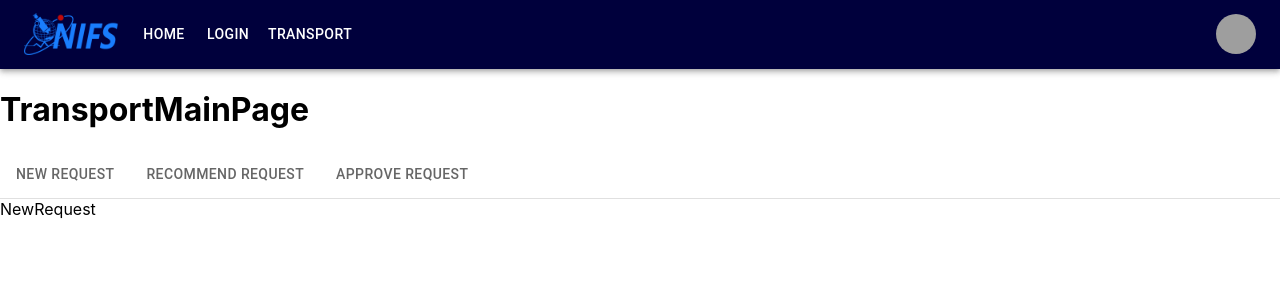
Repository: Ravindu97/NIFS_WebApplication
Page: /transport (app in client/)
An editor plug-in stored every save of this project. The page is shown before and after the next save, followed by the edit.
The browser window is 1280 px wide. The pictures show the whole page.
Pictures or frames that could not be fetched are drawn as grey boxes. The project was rebuilt for these pictures with package versions that can differ from the ones it lists, and the page was loaded fresh each time. Also part of the build but not shown: client/src/pages/Home.js, client/src/pages/Login.js, client/src/components/Transport/RecommendedRequest.js, client/src/components/Transport/ApproveRequest.js.

Above is the page before, as saved 2022-06-30 20:45:20.

After the next save:
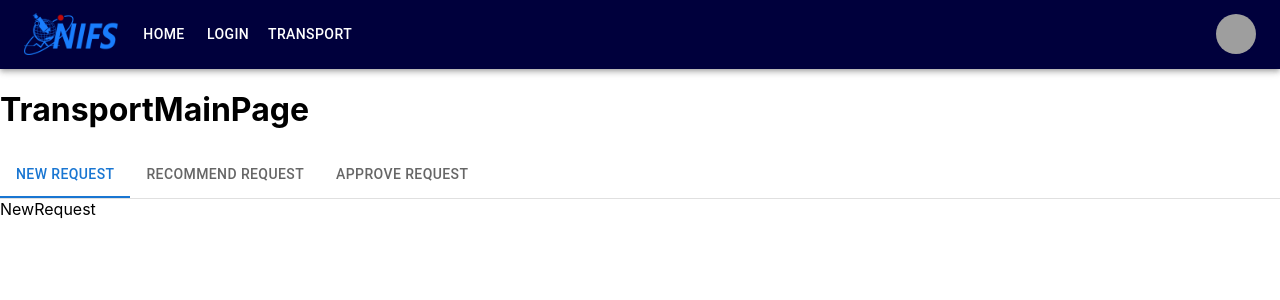
Saved 28 s later.
--- a/client/src/components/Transport/shared/TransportNavbar.js
+++ b/client/src/components/Transport/shared/TransportNavbar.js
@@ -28,7 +28,7 @@ export default function TransportNavbar() {
 	return (
 		<Box sx={{ width: '100%' }}>
 			<Box sx={{ borderBottom: 1, borderColor: 'divider' }}>
-				<Tabs value={location}>
+				<Tabs value={location.pathname}>
 					{pages &&
 						pages.map((page) => (
 							<Tab
